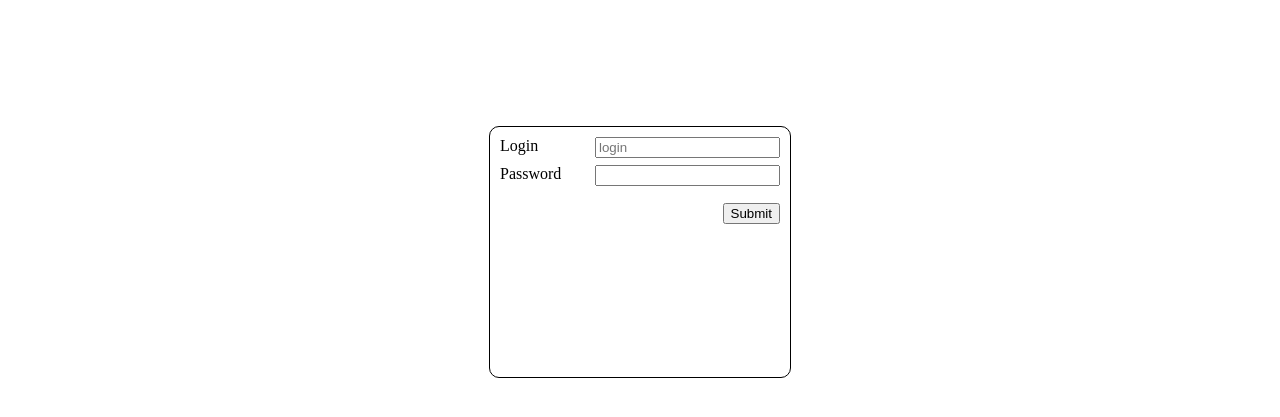
Repository: maxchv/JavaLessons
Page: http://localhost/LibraryProject/
The author's editor kept a copy of each file at every save. The page is drawn from the files as they stood at one save, then again after the next save.
The browser window is 1280 px wide. The pictures show the whole page.
The page is served by Tomcat 9.

Above is the page before, as saved 2016-04-18 15:35:21.

After the next save:
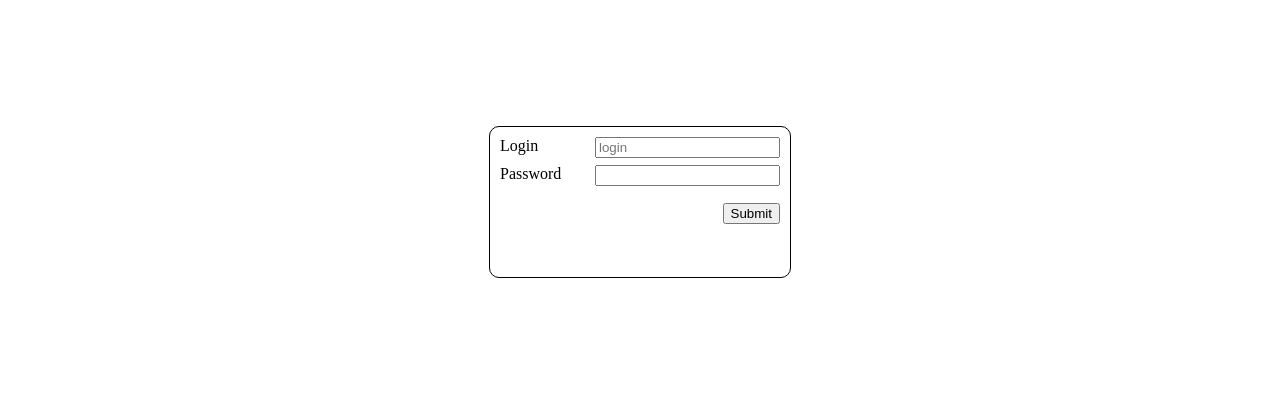
Saved 7 s later.
--- a/Lesson19/workspace/LibraryProject/WebContent/css/style.css
+++ b/Lesson19/workspace/LibraryProject/WebContent/css/style.css
@@ -1,7 +1,7 @@
 @CHARSET "UTF-8";
 #login {
 	width: 300px;
-	height: 250px;
+	height: 150px;
 	border: 1px solid black;
 	border-radius: 10px;
 	margin: 10% auto;
